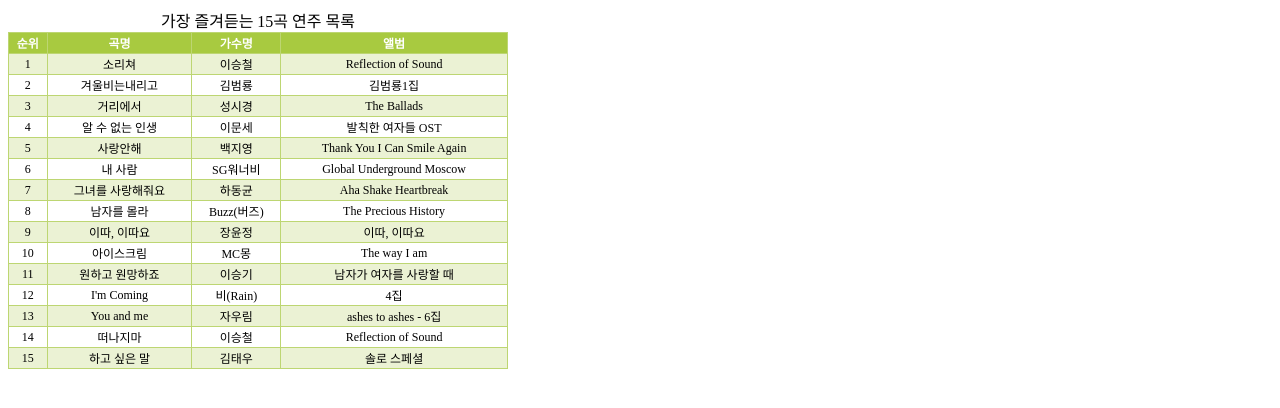
Repository: insunkang/JSP
Page: clientweb/WebContent/css/css_table_test.html
The author's editor kept a copy of each file at every save. The page is drawn from the files as they stood at one save, then again after the next save.
The browser window is 1280 px wide. The pictures show the whole page.
The pointer rests on the first visible `tr`.

Above is the page before, as saved 2020-01-03 05:12:10.

After the next save:
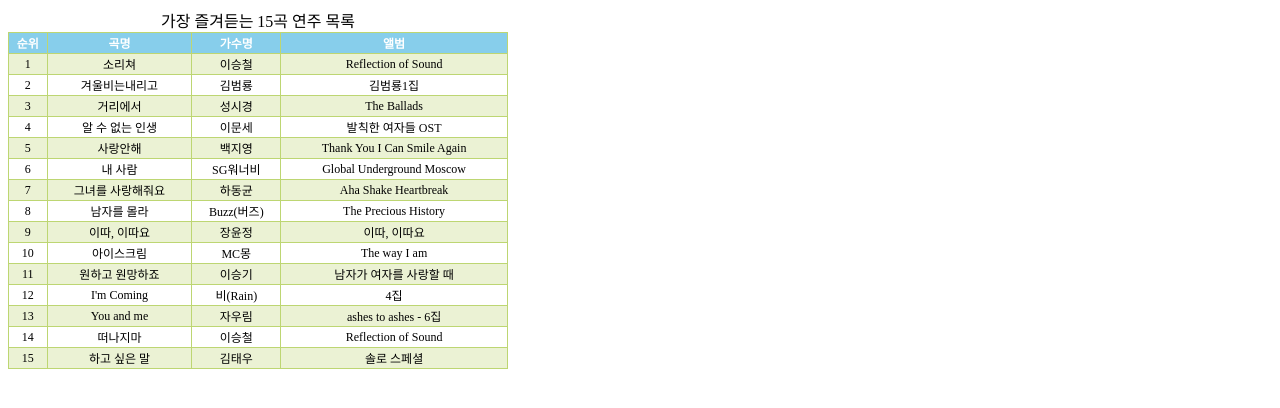
Saved 31 s later.
--- a/clientweb/WebContent/css/css_table_test.html
+++ b/clientweb/WebContent/css/css_table_test.html
@@ -30,6 +30,9 @@
 			background-color: #ffffff;
 
 
+		}
+		tr:hover{
+			background-color: skyblue;
 		}
 		tr th{
 			color: white;
